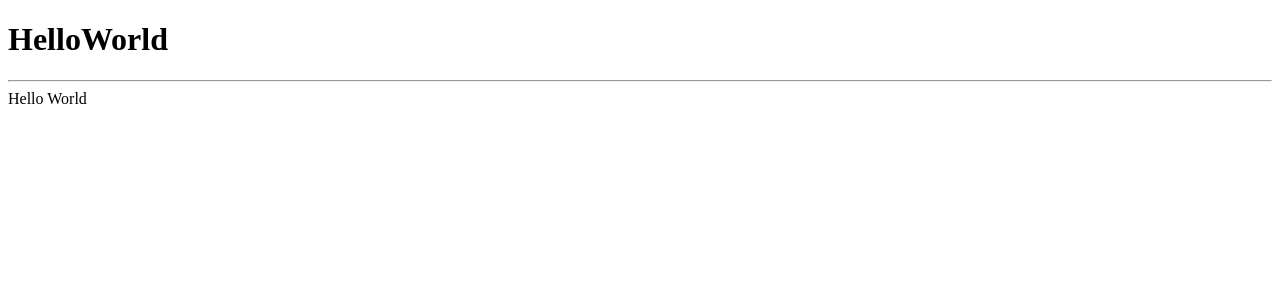
Repository: 13982720426/vue2.0-LearningNotes
Page: example/vue.directive.html
The author's editor kept a copy of each file at every save. The page is drawn from the files as they stood at one save, then again after the next save.
The browser window is 1280 px wide. The pictures show the whole page.

Above is the page before, as saved 2021-06-24 15:11:31.

### example/vue.directive.html
<!DOCTYPE html>
<html lang="en">
  <head>
    <meta charset="UTF-8" />
    <meta http-equiv="X-UA-Compatible" content="IE=edge" />
    <meta name="viewport" content="width=device-width, initial-scale=1.0" />
    <title>HelloWord</title>
    <script type="text/javascript" src="../assets/js/vue.js"></script>
  </head>
  <body>
    <h1>HelloWorld</h1>
    <hr />
    <div id="app">{{message}}</div>
    <script type="text/javascript">
      var app = new Vue({
        el: '#app',
        data: {
          message: 'Hello World',
        },
      });
    </script>
  </body>
</html>

Loaded but not shown: assets/js/vue.js (library)

After the next save:
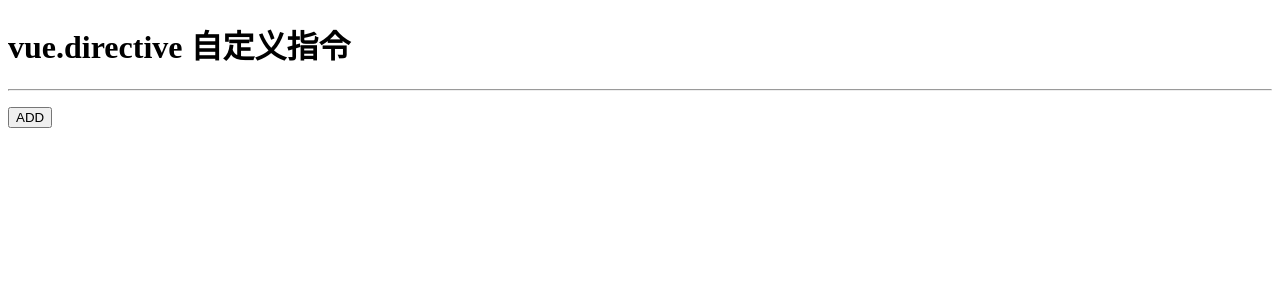
Saved 2 min 2 s later.
--- a/example/vue.directive.html
+++ b/example/vue.directive.html
@@ -4,13 +4,18 @@
     <meta charset="UTF-8" />
     <meta http-equiv="X-UA-Compatible" content="IE=edge" />
     <meta name="viewport" content="width=device-width, initial-scale=1.0" />
-    <title>HelloWord</title>
+    <title>vue.directive 自定义指令</title>
     <script type="text/javascript" src="../assets/js/vue.js"></script>
   </head>
   <body>
-    <h1>HelloWorld</h1>
+    <h1>vue.directive 自定义指令</h1>
     <hr />
-    <div id="app">{{message}}</div>
+    <div id="app">
+      <div>{{num}}</div>
+      <p>
+        <button @click="add">ADD</button>
+      </p>
+    </div>
     <script type="text/javascript">
       var app = new Vue({
         el: '#app',
